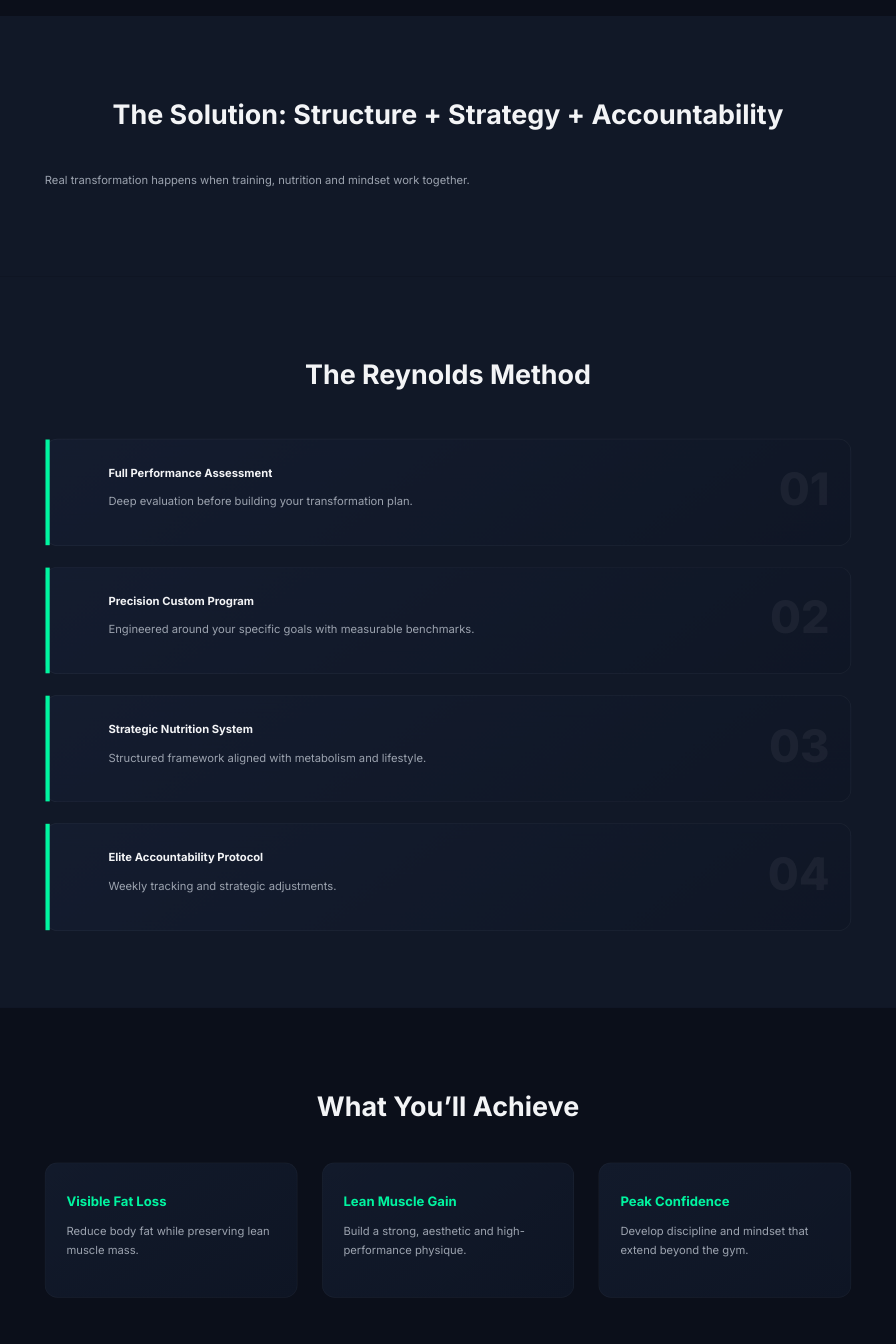
Repository: davidfsillva/Landing-page-pro
Page: index.html
The author's editor kept a copy of each file at every save. The page is drawn from the files as they stood at one save, then again after the next save.
The browser window is 1280 px wide. The pictures show the part of the page from y = 1797 to 3717 px (the page is 6433 px tall before and 6418 px after), at 70% of full size.
A picture or video elsewhere on the page could not be fetched, so the positions and the page height are approximate.

Above is the page before, as saved 2026-02-26 17:33:48.

After the next save:
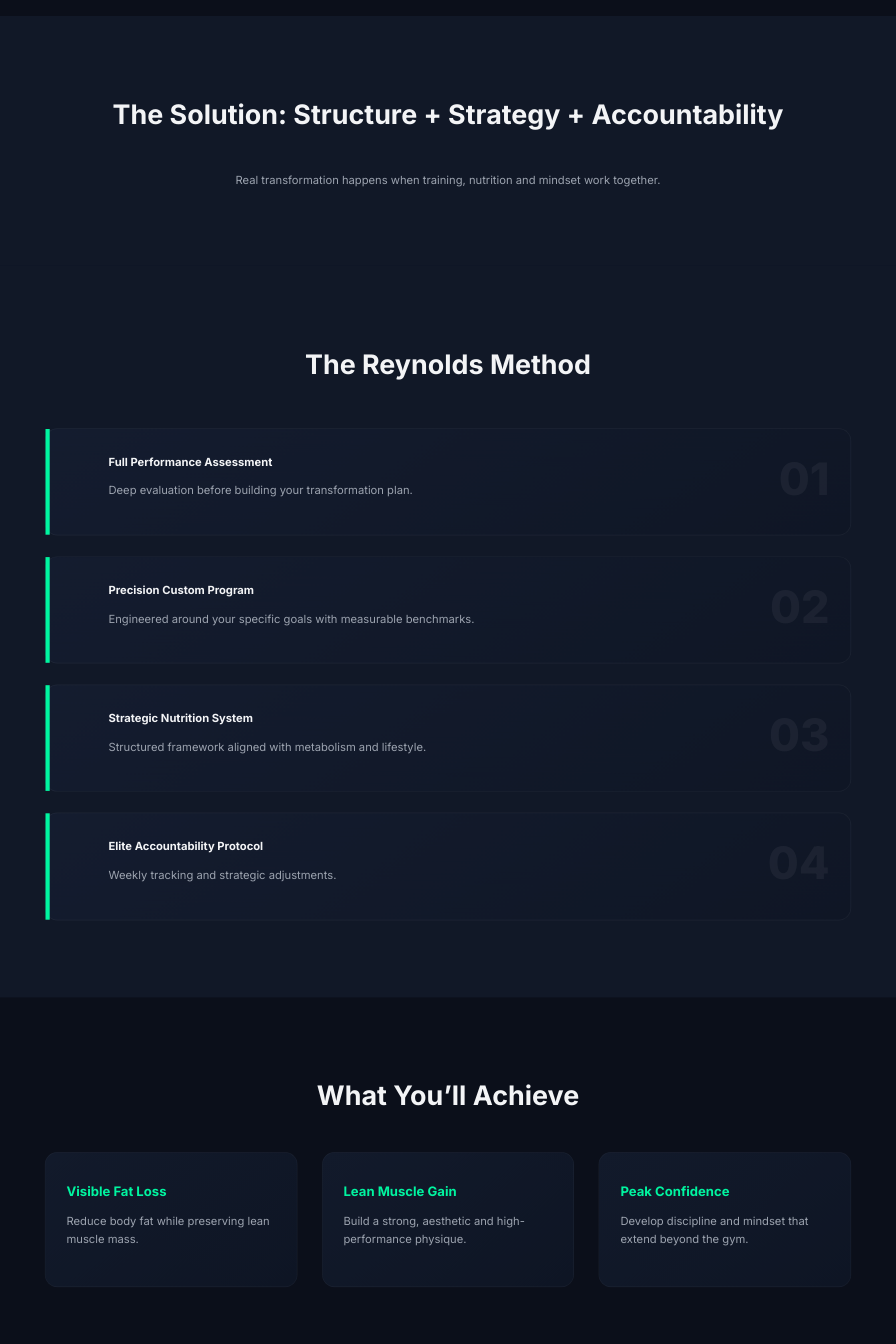
Saved 71 s later.
--- a/style.css
+++ b/style.css
@@ -280,6 +280,17 @@ a {
     display: block;
     color: var(--text);
     margin-bottom: 10px;
+}
+
+.solution {
+    text-align: center;
+}
+
+.section-sub {
+    max-width: 650px;
+    margin: 0 auto;
+    font-size: 1rem;
+    color: var(--muted);
 }
 
 /* ===============================
